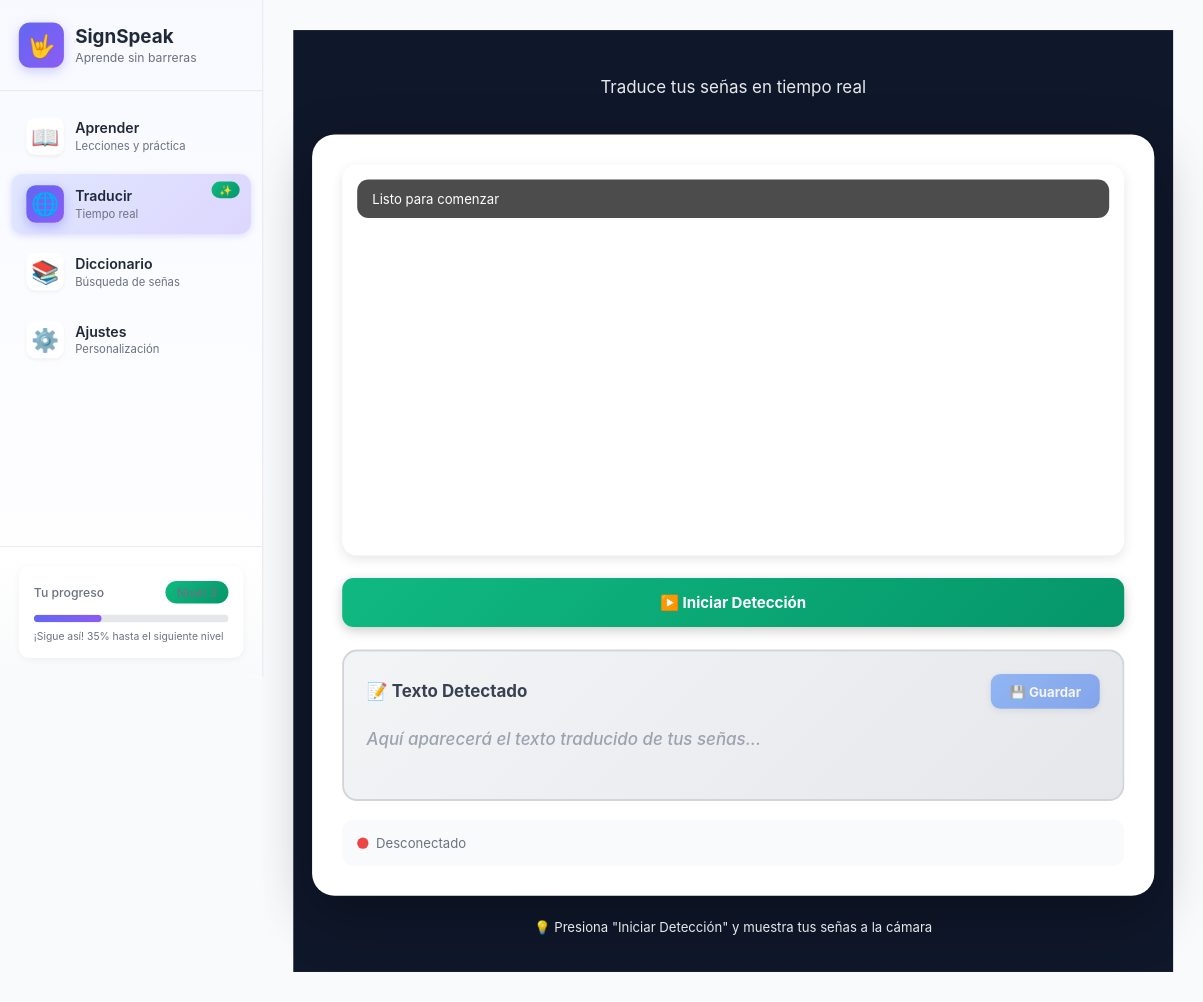
Repository: Aucarure/SignSpeak
Page: / (app in Usuario/frontend/)
These files come from the project's save history. The page is drawn as it stood at one moment and after the next save; the edit follows.
The browser window is 1280 px wide. The pictures show the whole page, at 94% of full size.
The page's requests for data from a server got no answer. The project was rebuilt for these pictures with package versions that can differ from the ones it lists, and the page was loaded fresh each time. No one was signed in, and anything a server would have sent is missing. Also part of the build but not shown: Usuario/frontend/vite.config.js, Usuario/frontend/src/pages/Learn.jsx, Usuario/frontend/src/pages/Dictionary.jsx, Usuario/frontend/src/pages/Settings.jsx, Usuario/frontend/src/api/diccionario.js, Usuario/frontend/src/hooks/useDiccionario.js, Usuario/frontend/src/components/diccionario/SenaCard.jsx, Usuario/frontend/src/components/diccionario/UnityPlayer.jsx and 2 more.

Above is the page before, as saved 2025-12-04 11:43:34.

After the next save:
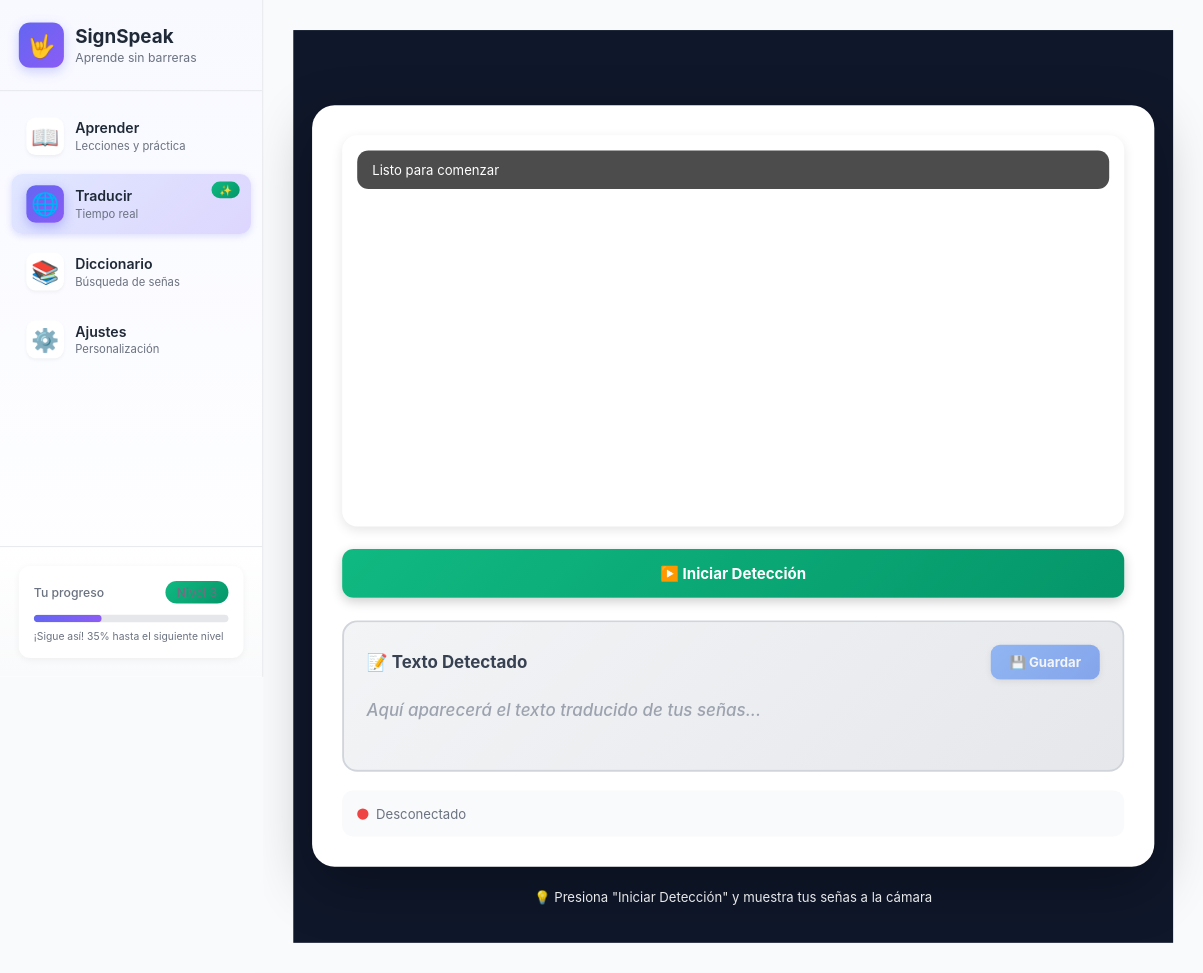
Saved 6 s later.
--- a/Usuario/frontend/src/pages/Translator.jsx
+++ b/Usuario/frontend/src/pages/Translator.jsx
@@ -234,7 +234,7 @@ function Translator() {
             fontSize: '18px',
             opacity: 0.9
           }}>
-            Traduce tus señas en tiempo real
+
           </p>
         </div>
 
